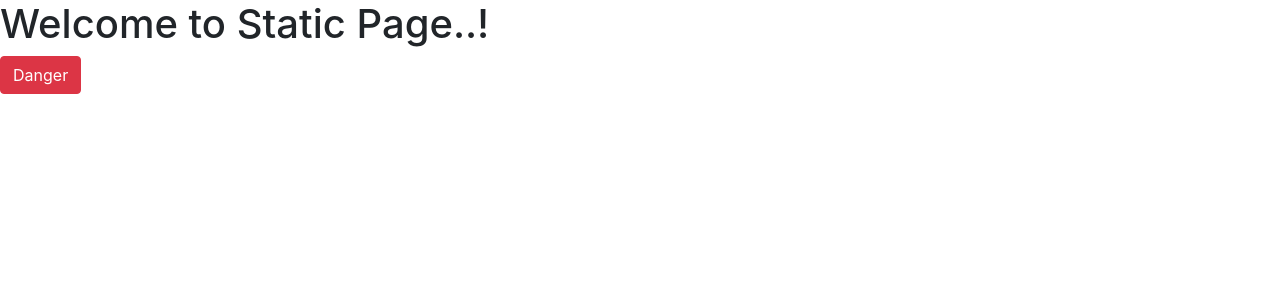
Repository: AalokJadhav/Weather_App
Page: public/index.html
The author's editor kept a copy of each file at every save. The page is drawn from the files as they stood at one save, then again after the next save.
The browser window is 1280 px wide. The pictures show the whole page.

Above is the page before, as saved 2020-11-14 23:47:49.

After the next save:
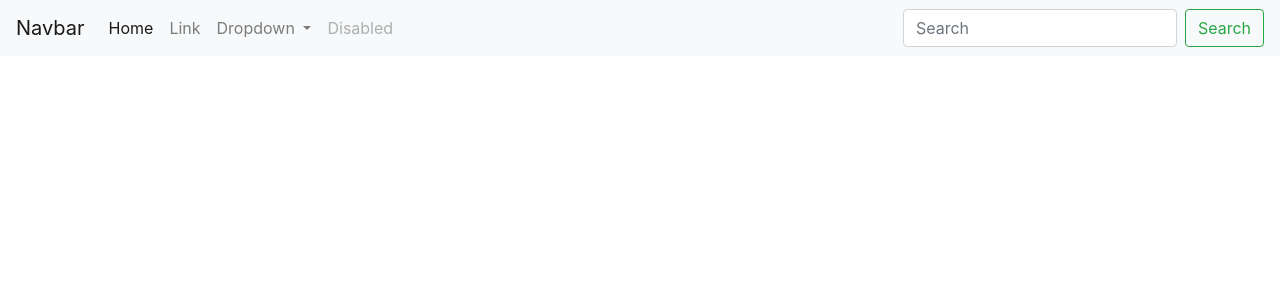
Saved 99 s later.
--- a/public/index.html
+++ b/public/index.html
@@ -21,8 +21,41 @@
 </head>
 
 <body>
-    <h1>Welcome to Static Page..!</h1>
-    <button class="btn btn-danger">Danger</button>
+    <nav class="navbar navbar-expand-lg navbar-light bg-light">
+        <a class="navbar-brand" href="#">Navbar</a>
+        <button class="navbar-toggler" type="button" data-toggle="collapse" data-target="#navbarSupportedContent" aria-controls="navbarSupportedContent" aria-expanded="false" aria-label="Toggle navigation">
+          <span class="navbar-toggler-icon"></span>
+        </button>
+
+        <div class="collapse navbar-collapse" id="navbarSupportedContent">
+          <ul class="navbar-nav mr-auto">
+            <li class="nav-item active">
+              <a class="nav-link" href="#">Home <span class="sr-only">(current)</span></a>
+            </li>
+            <li class="nav-item">
+              <a class="nav-link" href="#">Link</a>
+            </li>
+            <li class="nav-item dropdown">
+              <a class="nav-link dropdown-toggle" href="#" id="navbarDropdown" role="button" data-toggle="dropdown" aria-haspopup="true" aria-expanded="false">
+                Dropdown
+              </a>
+              <div class="dropdown-menu" aria-labelledby="navbarDropdown">
+                <a class="dropdown-item" href="#">Action</a>
+                <a class="dropdown-item" href="#">Another action</a>
+                <div class="dropdown-divider"></div>
+                <a class="dropdown-item" href="#">Something else here</a>
+              </div>
+            </li>
+            <li class="nav-item">
+              <a class="nav-link disabled" href="#">Disabled</a>
+            </li>
+          </ul>
+          <form class="form-inline my-2 my-lg-0">
+            <input class="form-control mr-sm-2" type="search" placeholder="Search" aria-label="Search">
+            <button class="btn btn-outline-success my-2 my-sm-0" type="submit">Search</button>
+          </form>
+        </div>
+      </nav>
 </body>
 
 </html>
